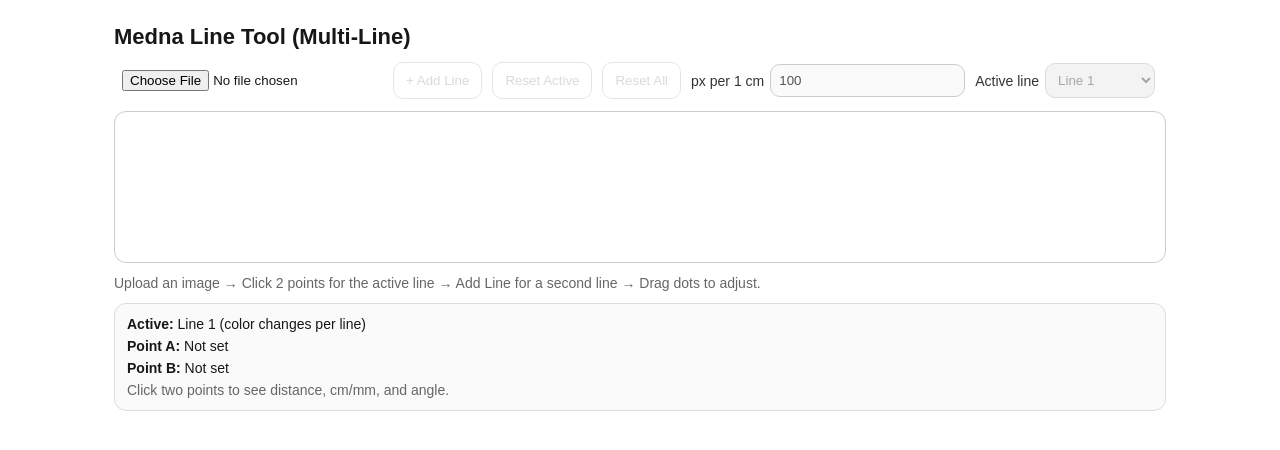
Repository: Sumaiya43/medna-tools
Page: /
These files come from the project's save history. The page is drawn as it stood at one moment and after the next save; the edit follows.
The browser window is 1280 px wide. The pictures show the whole page.
The project was rebuilt for these pictures with package versions that can differ from the ones it lists, and the page was loaded fresh each time. The framework's server and built-in components were replaced by stand-ins that run in the browser. Also part of the build but not shown: next.config.mjs.

Above is the page before, as saved 2026-02-26 16:20:13.

After the next save:
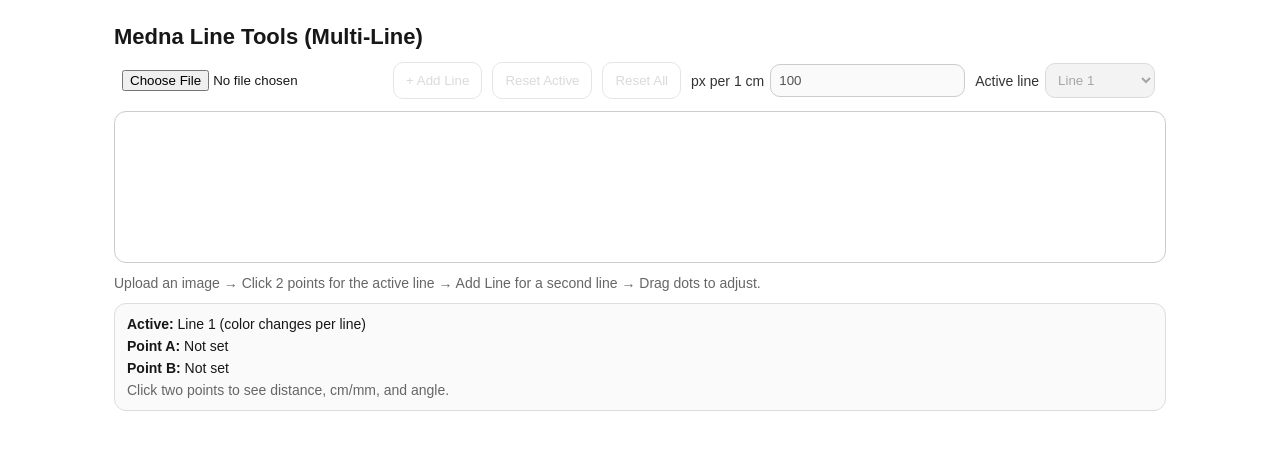
Saved 3 min 10 s later.
--- a/src/app/page.js
+++ b/src/app/page.js
@@ -260,7 +260,7 @@ export default function Home() {
 
   return (
     <main className={styles.main}>
-      <h1 className={styles.title}>Medna Line Tool (Multi-Line)</h1>
+      <h1 className={styles.title}>Medna Line Tools (Multi-Line)</h1>
 
       <div className={styles.controls}>
         <input
